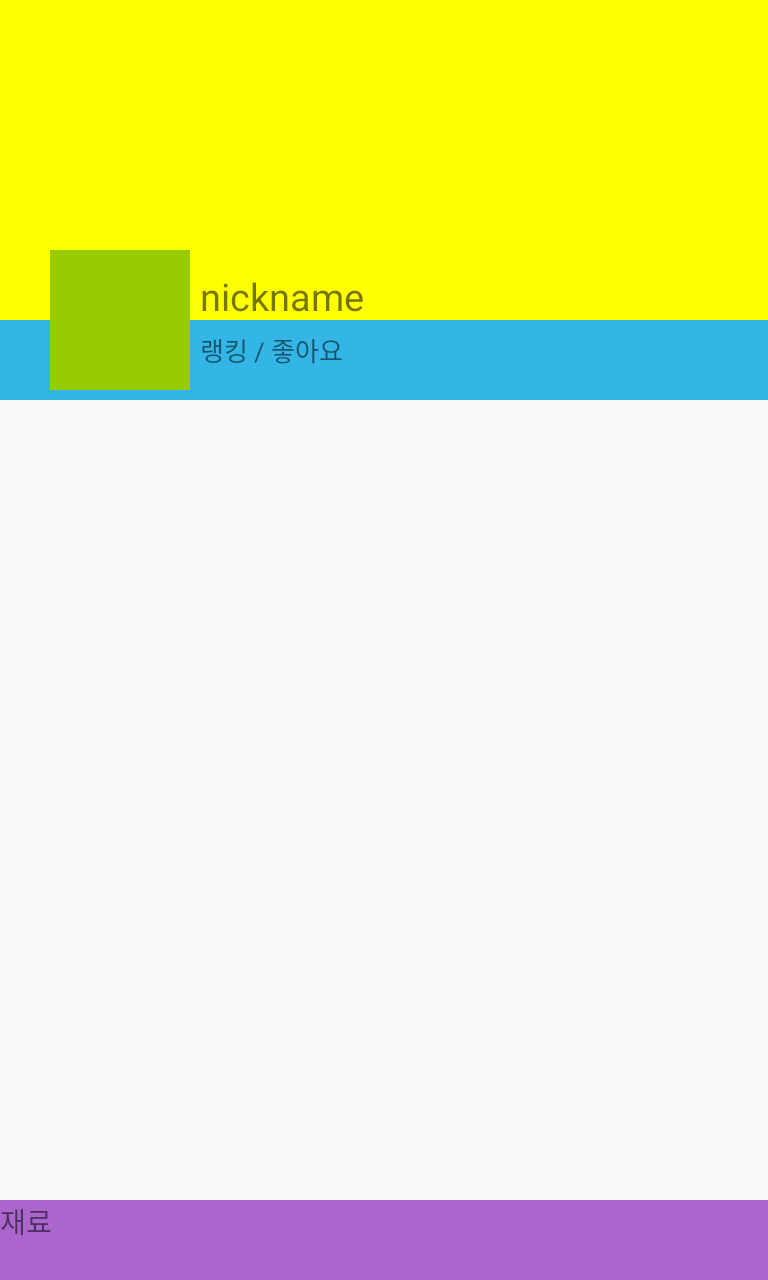
Repository: DAHYEON-PARK/SKP-GROUP
Layout: recipe/res/layout/fragment_category.xml
The author's editor kept a copy of each file at every save. The layout is drawn from the files as they stood at one save, then again after the next save.
It is drawn on a 768 x 1280 px phone screen (xhdpi) without system bars, with theme AppTheme; the app's code is not run.

Above is the layout before, as saved 2015-02-19 11:04:25.

### recipe/res/layout/fragment_category.xml
<?xml version="1.0" encoding="utf-8"?>
<LinearLayout xmlns:android="http://schemas.android.com/apk/res/android"
    android:layout_width="match_parent"
    android:layout_height="match_parent"
    android:orientation="vertical" >

    <FrameLayout
        android:layout_width="match_parent"
        android:layout_height="200dp"
        android:background="@color/blue">

        <ImageView
            android:layout_width="match_parent"
            android:layout_height="160dp"
            android:background="@color/yellow"/>

        <ImageView
            android:layout_width="70dp"
            android:layout_height="70dp"
            android:layout_marginTop="125dp"
            android:layout_marginLeft="25dp"
            android:background="@color/green"/>

        <TextView
            android:layout_width="wrap_content"
            android:layout_height="wrap_content"
            android:text="nickname"
            android:layout_marginTop="135dp"
            android:layout_marginLeft="100dp"
            android:textSize="@dimen/sp18"/>

        <TextView
            android:layout_width="wrap_content"
            android:layout_height="wrap_content"
            android:text="랭킹 / 좋아요"
            android:layout_marginTop="165dp"
            android:layout_marginLeft="100dp"
            android:textSize="@dimen/sp12"/>

    </FrameLayout>

    <ScrollView
        android:layout_width="match_parent"
        android:layout_height="wrap_content"
        android:layout_weight="1">

        <ImageView
            android:layout_width="match_parent"
            android:layout_height="wrap_content" />

    </ScrollView>

    <LinearLayout
        android:layout_width="match_parent"
        android:layout_height="wrap_content"
        android:orientation="horizontal"
        android:background="@color/purple" >

        <TextView
            android:layout_width="0dp"
            android:layout_height="40dp"
            android:layout_weight="3"
            android:text="재료"/>
    </LinearLayout>

</LinearLayout>

### recipe/res/values/color.xml
<?xml version="1.0" encoding="utf-8"?>
<resources>
    <item name="blue" type="color">#FF33B5E5</item>
    <item name="purple" type="color">#FFAA66CC</item>
    <item name="green" type="color">#FF99CC00</item>
    <item name="orange" type="color">#FFFFBB33</item>
    <item name="red" type="color">#FFFF4444</item>
    <item name="yellow" type="color">#FFFF00</item>
    <item name="brown" type="color">#A0522D</item>
    <item name="black" type="color">#000000</item>
    <item name="darkblue" type="color">#FF0099CC</item>
    <item name="darkpurple" type="color">#FF9933CC</item>
    <item name="darkgreen" type="color">#FF669900</item>
    <item name="darkorange" type="color">#FFFF8800</item>
    <item name="darkred" type="color">#FFCC0000</item>
</resources>

### recipe/res/values/dimens.xml
<resources>

    <!-- Default screen margins, per the Android Design guidelines. -->
    <dimen name="activity_horizontal_margin">16dp</dimen>
    <dimen name="activity_vertical_margin">16dp</dimen>

    <!--
         Per the design guidelines, navigation drawers should be between 240dp and 320dp:
         https://developer.android.com/design/patterns/navigation-drawer.html
    -->
    <dimen name="navigation_drawer_width">240dp</dimen>

    <dimen name="sp10">11sp</dimen>
    <dimen name="sp11">12sp</dimen>
    <dimen name="sp12">13sp</dimen>
    <dimen name="sp13">14sp</dimen>
    <dimen name="sp14">15sp</dimen>
    <dimen name="sp15">16sp</dimen>
    <dimen name="sp16">17sp</dimen>
    <dimen name="sp17">18sp</dimen>
    <dimen name="sp18">19sp</dimen>
    <dimen name="sp19">20sp</dimen>
    <dimen name="sp20">21sp</dimen>
    <dimen name="sp21">22sp</dimen>
    <dimen name="sp22">23sp</dimen>
    <dimen name="sp23">24sp</dimen>
    <dimen name="sp24">25sp</dimen>
    <dimen name="sp25">26sp</dimen>

</resources>

Loaded but not shown: recipe/res/values/styles.xml (common file); recipe/res/values-v11/styles.xml (common file); recipe/res/values-v14/styles.xml (common file)

After the next save:
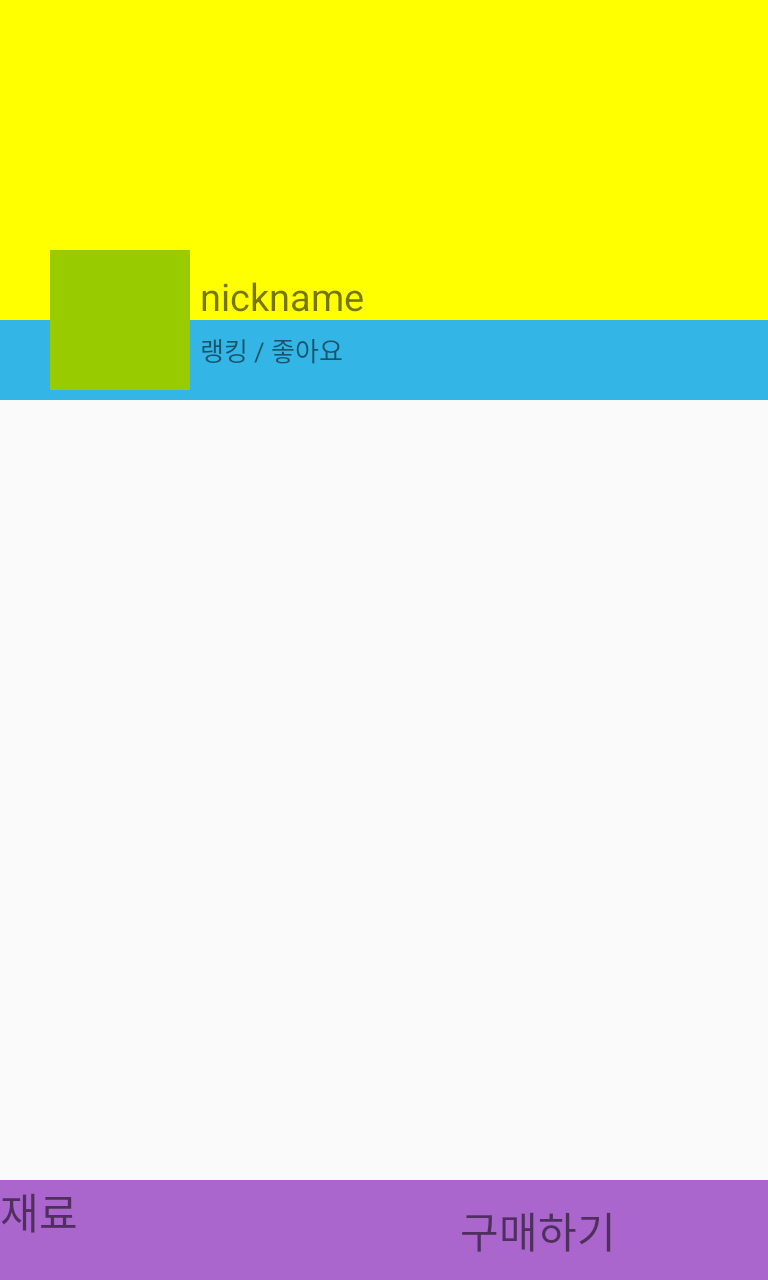
Saved 2 min 16 s later.
--- a/recipe/res/layout/fragment_category.xml
+++ b/recipe/res/layout/fragment_category.xml
@@ -52,15 +52,24 @@
 
     <LinearLayout
         android:layout_width="match_parent"
-        android:layout_height="wrap_content"
+        android:layout_height="50dp"
         android:orientation="horizontal"
         android:background="@color/purple" >
 
         <TextView
             android:layout_width="0dp"
-            android:layout_height="40dp"
+            android:layout_height="wrap_content"
             android:layout_weight="3"
-            android:text="재료"/>
+            android:text="재료"
+            android:textSize="@dimen/sp20"/>
+
+        <TextView
+            android:layout_width="0dp"
+            android:layout_height="wrap_content"
+            android:layout_weight="2"
+            android:text="구매하기"
+            android:layout_gravity="center"
+            android:textSize="@dimen/sp20"/>
     </LinearLayout>
 
 </LinearLayout>
